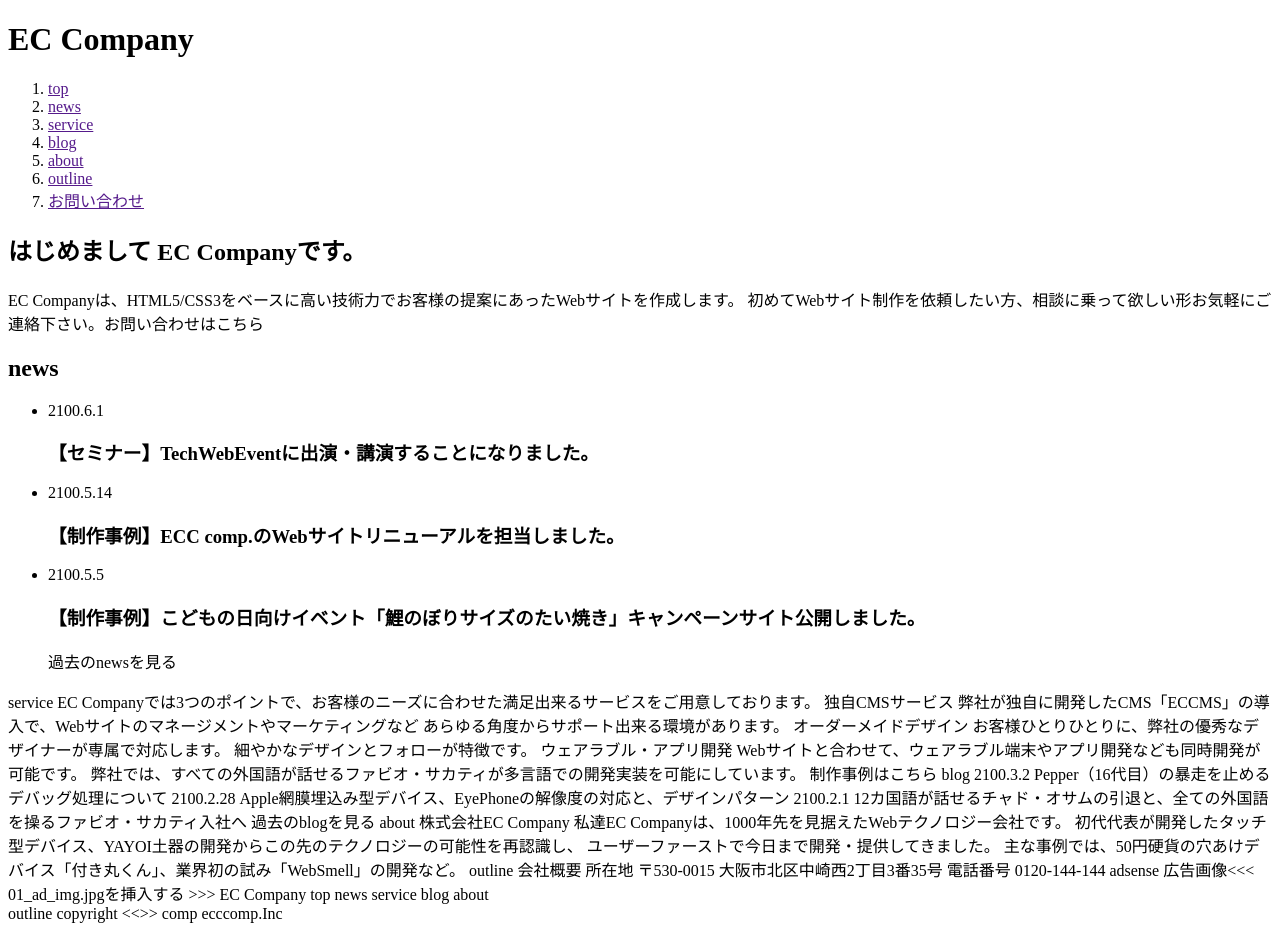
Repository: hsn320/html-practice
Page: html2/work01/work01.html
The author's editor kept a copy of each file at every save. The page is drawn from the files as they stood at one save, then again after the next save.
The browser window is 1280 px wide. The pictures show the whole page.

Above is the page before, as saved 2025-10-01 22:46:57.

After the next save:
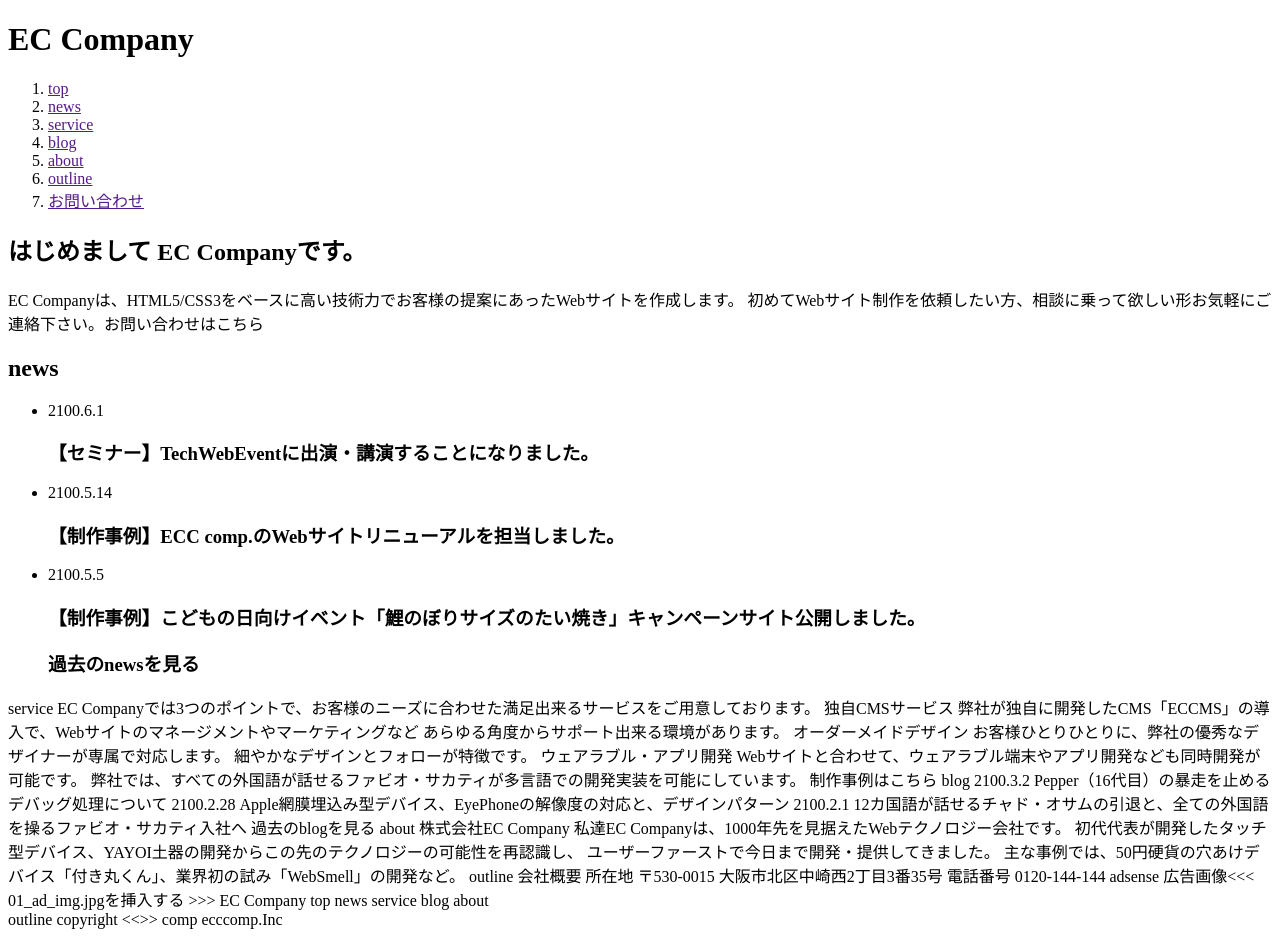
Saved 52 s later.
--- a/html2/work01/work01.html
+++ b/html2/work01/work01.html
@@ -49,7 +49,7 @@
                     <h3>【制作事例】こどもの日向けイベント「鯉のぼりサイズのたい焼き」キャンペーンサイト公開しました。</h3>
                 </article>
             </li>
-            <p>過去のnewsを見る</p>
+            <h3>過去のnewsを見る</h3>
         </ul>
     </section>
 
